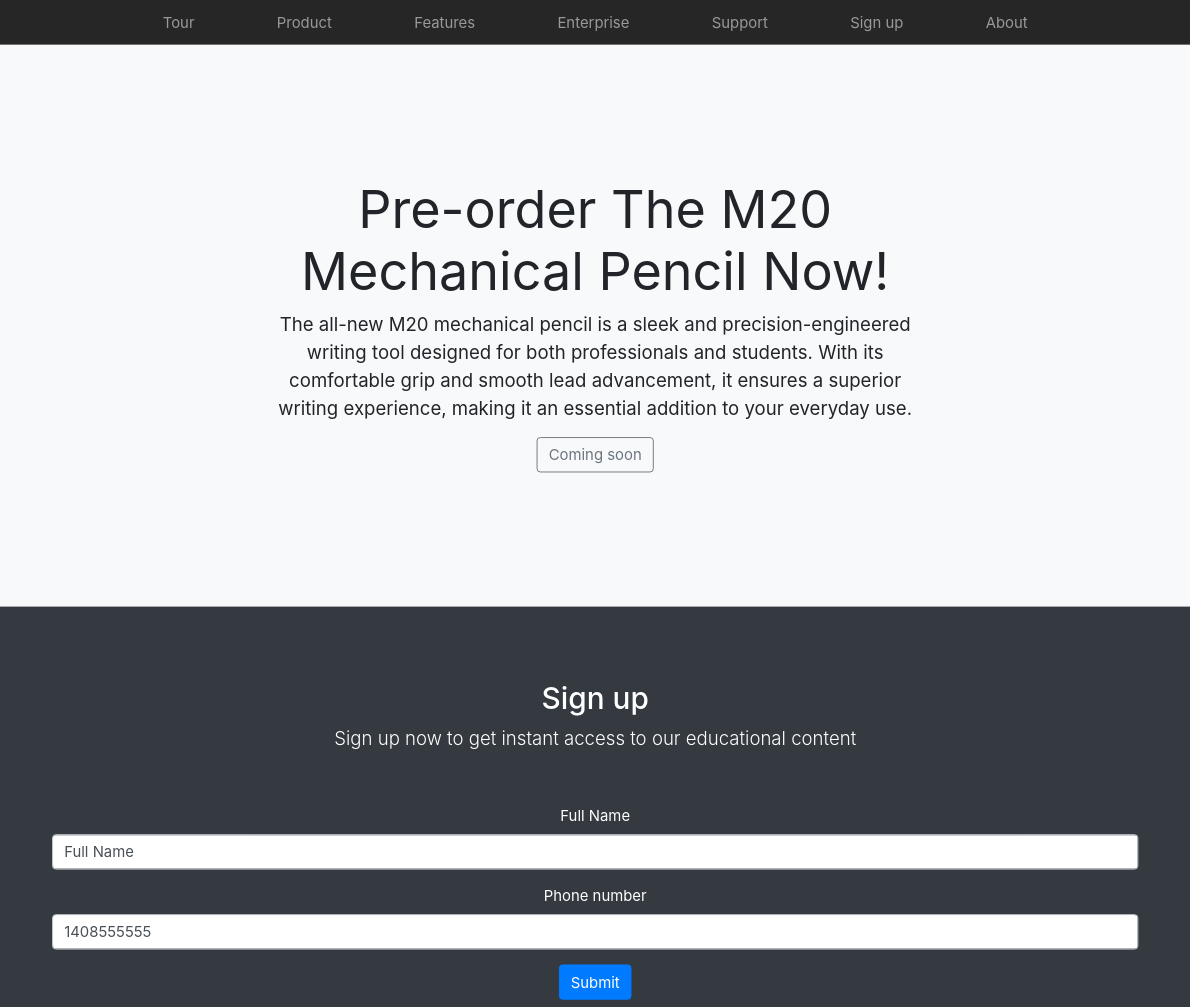
Repository: mshak008/Muhammad-Shakeel-Resume
Page: LearnCS8-Twilio/TwilioTemplate/index.html
The author's editor kept a record of every edit. The page is drawn from the files as they stood at one moment, then again after the next edit.
The browser window is 1280 px wide. The pictures show the whole page, at 93% of full size.

Above is the page before.

### LearnCS8-Twilio/TwilioTemplate/index.html
<!doctype html>
<html lang="en">
  <head>
    <!-- Required meta tags -->
    <meta charset="utf-8">
    <meta name="viewport" content="width=device-width, initial-scale=1, shrink-to-fit=no">
    <meta name="description" content="Please include a description here">
    <meta name="author" content="862433975">

    <!-- Bootstrap CSS -->
    <link rel="stylesheet" href="https://stackpath.bootstrapcdn.com/bootstrap/4.5.2/css/bootstrap.min.css" integrity="sha384-JcKb8q3iqJ61gNV9KGb8thSsNjpSL0n8PARn9HuZOnIxN0hoP+VmmDGMN5t9UJ0Z" crossorigin="anonymous">

    <!-- Title of your Website -->
    <title>M20 Mechanical Pencil</title>
    <link href="product.css" rel="stylesheet">
  </head>
  <body>
    <nav class="site-header sticky-top py-1">
    <!-- Top Menu Bar -->
    <div class="container d-flex flex-column flex-md-row justify-content-between">
        <a class="py-2 d-none d-md-inline-block" id="menu-item-1" href="#">Tour</a>
        <a class="py-2 d-none d-md-inline-block" id="menu-item-2" href="#">Product</a>
        <a class="py-2 d-none d-md-inline-block" id="menu-item-3" href="#">Features</a>
        <a class="py-2 d-none d-md-inline-block" id="menu-item-4" href="#">Enterprise</a>
        <a class="py-2 d-none d-md-inline-block" id="menu-item-5" href="#">Support</a>
        <a class="py-2 d-none d-md-inline-block" id="menu-item-6" href="#">Sign up</a>
        <a class="py-2 d-none d-md-inline-block" id="menu-item-7" href="#">About</a>
    </div>
</nav>
<!-- Main Header Section h1-->
<div class="position-relative overflow-hidden p-3 p-md-5 m-md-0 text-center bg-light">
    <div class="col-md-8 p-lg-5 mx-auto my-5">
        <h1 class="display-4 font-weight-normal">Pre-order The M20 Mechanical Pencil Now!</h1>
        <p class="lead font-weight-normal">The all-new M20 mechanical pencil is a sleek and precision-engineered writing tool designed for both professionals and students. With its comfortable grip and smooth lead advancement, it ensures a superior writing experience, making it an essential addition to your everyday use.</p>
        <a class="btn btn-outline-secondary" href="#">Coming soon</a>
    </div>
</div>
<!-- Left Tile -->
<div class="d-md-flex flex-md-equal w-100">
    <div class="bg-dark pt-3 px-3 pt-md-5 px-md-5 text-center text-white overflow-hidden">
        <div class="my-3 py-3">
            <h2 class="display-5">Sign up</h2>
            <p class="lead">Sign up now to get instant access to our educational content</p>
        </div>
        <!-- Web form when submitted will send a text message -->
        <form class="p-2" onsubmit="sendTextMessage(); return false;">
            <!-- Full Name Form Field -->
            <div class="form-group">
                <label for="example-first-name">Full Name</label>
                <input type="text" value="Full Name" class="form-control" id="example-first-name" aria-describedby="emailHelp">
            </div>
            <!-- Phone Number Form Field -->
            <div class="form-group">
                <label for="example-tel-input">Phone number</label>
                <input type="tel" class="form-control" value="1408555555" id="example-tel-input">
            </div>
            <!-- JavaScript that handles onSubmit logic -->
            <!-- Configure the XHR request below with your own credentials -->
            <script>
            function sendTextMessage() {
                console.log("Hello world!");
                var xhr = new XMLHttpRequest();
                var accountSID = "XXXXXXXXXXXXXXXX";
                var authToken = "XXXXXXXXXXXXXXXX";
                var base64encoded = accountSID + ":" + authToken;
                var params = "To=" + document.getElementById('example-tel-input').value + "&From=" + "XXXXXXXXXX" + "&Body=" + "Hello " + document.getElementById('example-first-name').value + " nice job on sending your first SMS with APIs."
                xhr.open("POST", "https://api.twilio.com/2010-04-01/Accounts/" + accountSID + "/Messages.json", true);
                xhr.setRequestHeader('Content-Type', 'application/x-www-form-urlencoded');
                xhr.setRequestHeader('Authorization', 'Basic ' + btoa(base64encoded));
                xhr.send(params);
            }
            </script>
            <!-- Submit button that will execute the sendTextMessage function -->
            <button type="submit" class="btn btn-primary">Submit</button>
        </form>
    </div>
  </body>
</html>

### LearnCS8-Twilio/TwilioTemplate/product.css
.container {
  max-width: 960px;
}

/*
 * Custom translucent site header
 */

.site-header {
  background-color: rgba(0, 0, 0, .85);
  -webkit-backdrop-filter: saturate(180%) blur(20px);
  backdrop-filter: saturate(180%) blur(20px);
}
.site-header a {
  color: #999;
  transition: ease-in-out color .15s;
}
.site-header a:hover {
  color: #fff;
  text-decoration: none;
}

/*
 * Dummy devices (replace them with your own or something else entirely!)
 */

.product-device {
  position: absolute;
  right: 10%;
  bottom: -30%;
  width: 300px;
  height: 540px;
  background-color: #333;
  border-radius: 21px;
  -webkit-transform: rotate(30deg);
  transform: rotate(30deg);
}

.product-device::before {
  position: absolute;
  top: 10%;
  right: 10px;
  bottom: 10%;
  left: 10px;
  content: "";
  background-color: rgba(255, 255, 255, .1);
  border-radius: 5px;
}

.product-device-2 {
  top: -25%;
  right: auto;
  bottom: 0;
  left: 5%;
  background-color: #e5e5e5;
}


/*
 * Extra utilities
 */

.flex-equal > * {
  -ms-flex: 1;
  flex: 1;
}
@media (min-width: 768px) {
  .flex-md-equal > * {
    -ms-flex: 1;
    flex: 1;
  }
}

.overflow-hidden { overflow: hidden; }

After the next edit:
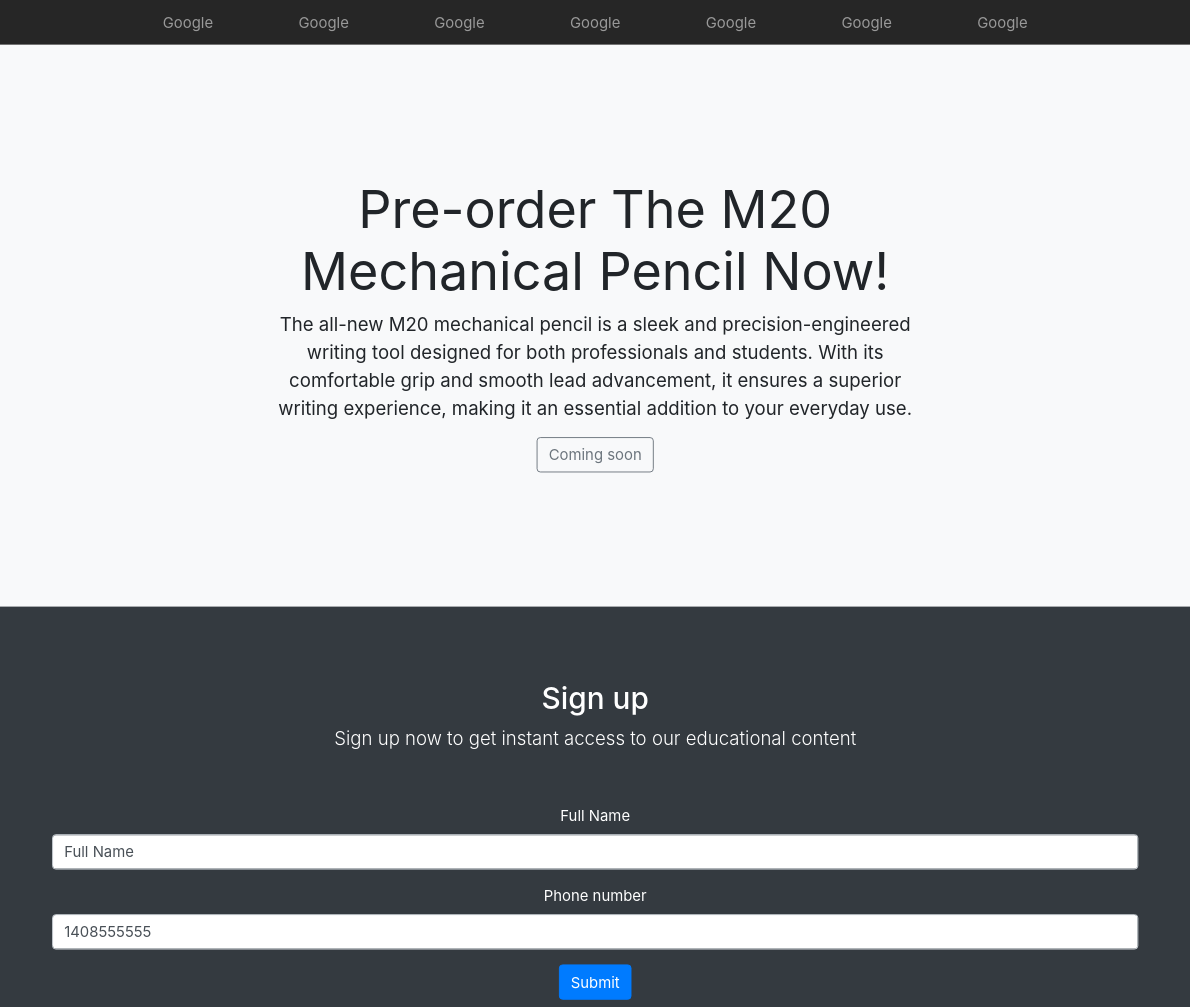
The edit:
--- a/LearnCS8-Twilio/TwilioTemplate/index.html
+++ b/LearnCS8-Twilio/TwilioTemplate/index.html
@@ -15,16 +15,16 @@
     <link href="product.css" rel="stylesheet">
   </head>
   <body>
-    <nav class="site-header sticky-top py-1">
+<nav class="site-header sticky-top py-1">
     <!-- Top Menu Bar -->
     <div class="container d-flex flex-column flex-md-row justify-content-between">
-        <a class="py-2 d-none d-md-inline-block" id="menu-item-1" href="#">Tour</a>
-        <a class="py-2 d-none d-md-inline-block" id="menu-item-2" href="#">Product</a>
-        <a class="py-2 d-none d-md-inline-block" id="menu-item-3" href="#">Features</a>
-        <a class="py-2 d-none d-md-inline-block" id="menu-item-4" href="#">Enterprise</a>
-        <a class="py-2 d-none d-md-inline-block" id="menu-item-5" href="#">Support</a>
-        <a class="py-2 d-none d-md-inline-block" id="menu-item-6" href="#">Sign up</a>
-        <a class="py-2 d-none d-md-inline-block" id="menu-item-7" href="#">About</a>
+        <a class="py-2 d-none d-md-inline-block" id="menu-item-1" href="https://google.com" target="_blank">Google</a>
+        <a class="py-2 d-none d-md-inline-block" id="menu-item-2" href="https://google.com" target="_blank">Google</a>
+        <a class="py-2 d-none d-md-inline-block" id="menu-item-3" href="https://google.com" target="_blank">Google</a>
+        <a class="py-2 d-none d-md-inline-block" id="menu-item-4" href="https://google.com" target="_blank">Google</a>
+        <a class="py-2 d-none d-md-inline-block" id="menu-item-5" href="https://google.com" target="_blank">Google</a>
+        <a class="py-2 d-none d-md-inline-block" id="menu-item-6" href="https://google.com" target="_blank">Google</a>
+        <a class="py-2 d-none d-md-inline-block" id="menu-item-7" href="https://google.com" target="_blank">Google</a>
     </div>
 </nav>
 <!-- Main Header Section h1-->
